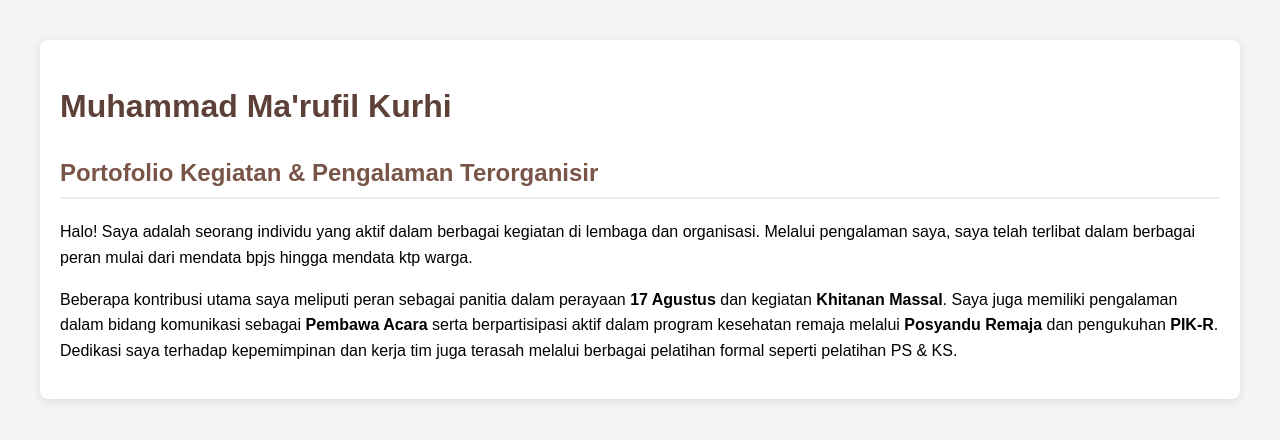
Repository: rufi1126/241552010002-Web-Application-Development
Page: p-2/latihan1.html
The author's editor kept a copy of each file at every save. The page is drawn from the files as they stood at one save, then again after the next save.
The browser window is 1280 px wide. The pictures show the whole page.

Above is the page before, as saved 2026-02-27 17:23:42.

After the next save:
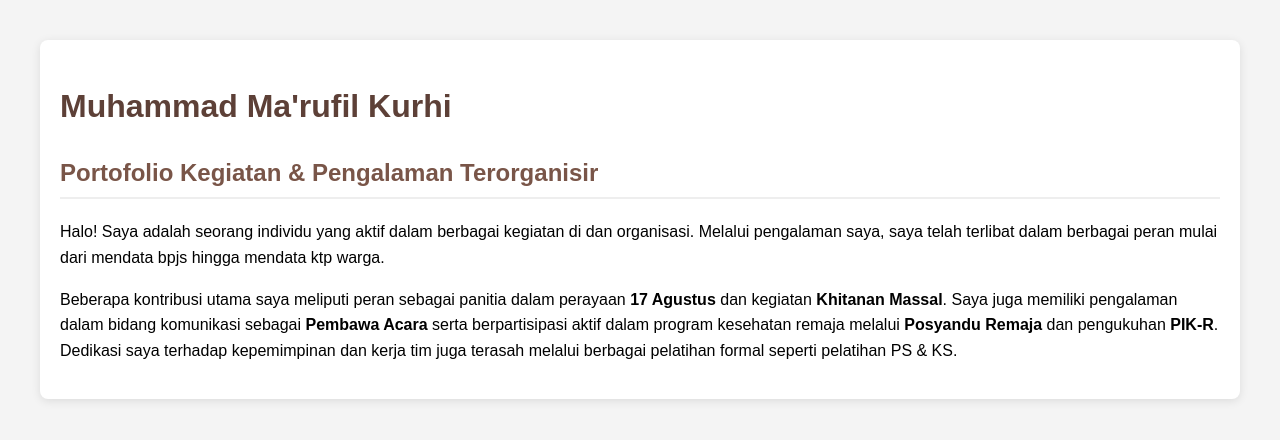
Saved 6 s later.
--- a/p-2/latihan1.html
+++ b/p-2/latihan1.html
@@ -34,7 +34,7 @@
         <h2>Portofolio Kegiatan & Pengalaman Terorganisir</h2>
 
         <p>
-            Halo! Saya adalah seorang individu yang aktif dalam berbagai kegiatan di lembaga  dan organisasi.
+            Halo! Saya adalah seorang individu yang aktif dalam berbagai kegiatan di  dan organisasi.
             Melalui pengalaman saya, saya telah terlibat dalam berbagai peran mulai dari mendata bpjs
             hingga mendata ktp warga.
         </p>
